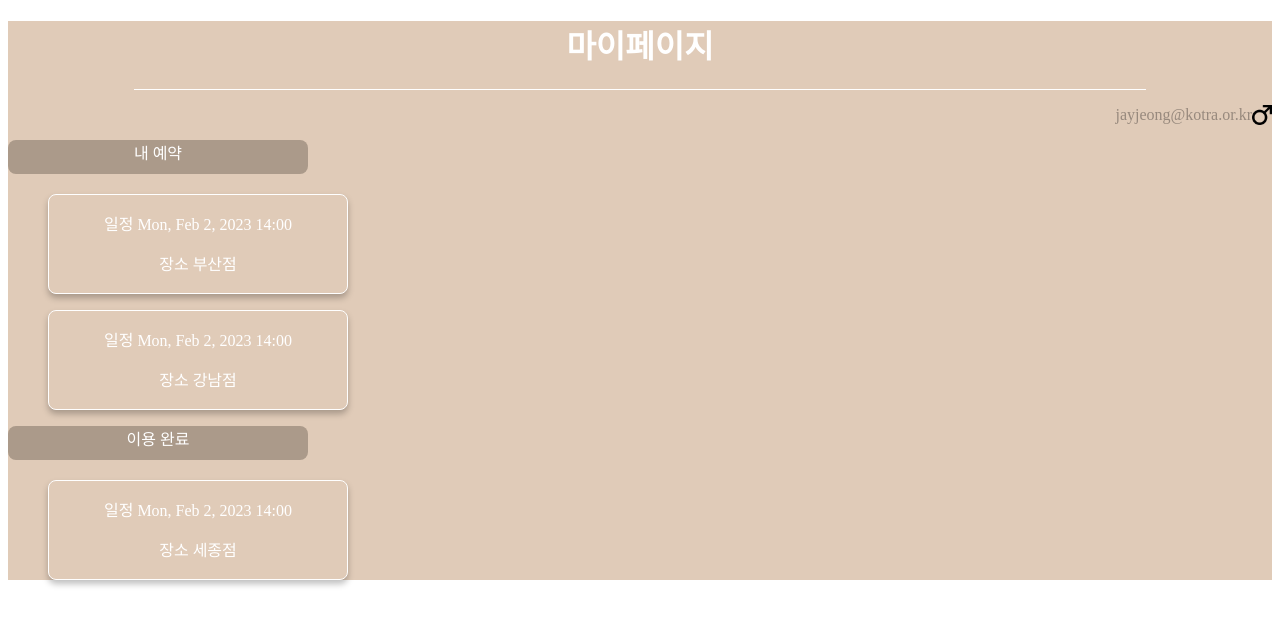
Repository: Jay-Jeong1988/speed_dating_pwa
Page: /booked_events
The author's editor kept a copy of each file at every save. The page is drawn from the files as they stood at one save, then again after the next save.
The browser window is 1280 px wide. The pictures show the whole page.
The project was rebuilt for these pictures with package versions that can differ from the ones it lists, and the page was loaded fresh each time. Also part of the build but not shown: vue.config.js, src/views/LoginPage.vue, src/views/DashBoard.vue.

Above is the page before, as saved 2023-02-11 11:30:52.

### src/App.vue
<template>
  <router-view/>
</template>

<style>
#app {
  font-family: Avenir, Helvetica, Arial, sans-serif;
  -webkit-font-smoothing: antialiased;
  -moz-osx-font-smoothing: grayscale;
  text-align: center;
  color: #ffffff;
  background-color: #E0CBB8;
  font-family: Battambang;
}

nav {
  padding: 30px;
}

nav a {
  font-weight: bold;
  color: #2c3e50;
}

nav a.router-link-exact-active {
  color: #42b983;
}

ul {
  list-style-type: none;
}
</style>

### src/router/index.js
import { createRouter, createWebHistory } from 'vue-router'
import LoginPage from '../views/LoginPage.vue'
import DashBoard from '../views/DashBoard.vue'
import BookedEventsPage from '../views/BookedEventsPage.vue'

const routes = [
  {
    path: '/',
    name: 'loginPage',
    component: LoginPage
  },
  {
    path: '/dashboard',
    name: 'dashBoard',
    component: DashBoard
  },
  {
    path: '/booked_events',
    name: 'Booked_events_page',
    component: BookedEventsPage
  }
]

const router = createRouter({
  history: createWebHistory(process.env.BASE_URL),
  routes
})

export default router

### src/views/BookedEventsPage.vue
<template>
    <div class="BookedEventsPage">
      <Header></Header>
      <div class="menuContainer" v-if="booked_events.length">
        <div class="reservation-type">내 예약</div>
        <ul class="menus" v-for="event in booked_events" :key="event.id">
            <li >
              <div class="reservation">
                <div class="reservation-card">
                  <p>일정 {{ event.date }} {{  event.time }}</p>
                  <p>장소 {{ event.branch }}</p>
                </div>
              </div>
            </li>
        </ul>
        <div class="reservation-type">이용 완료</div>
        <ul class="menus" v-for="event in finished_events" :key="event.id">
            <li >
              <div class="reservation">
                <div class="reservation-card">
                  <p>일정 {{ event.date }} {{  event.time }}</p>
                  <p>장소 {{ event.branch }}</p>
                </div>
              </div>
            </li>
        </ul>
      </div>
      <NoReservationCard v-else></NoReservationCard>
    </div>
  </template>
  <script>
  import NoReservationCard from '../components/no_reservation_card.vue'
  import Header from '../components/header.vue'
  import events from '../assets/test_data/events.json'
  export default {
    name: 'Booked_events_page',
    props: {

    },
    data() {
      return {
        booked_events: [],
        finished_events: []
      }
    },
    methods: {
    },
    components: { Header, NoReservationCard },
    mounted() {
      events.forEach((item)=>{
        if(item.isOver){
          this.finished_events.push(item)
        }else {
          this.booked_events.push(item)
        }
      })
    }
  }

  </script>

  <!-- Add "scoped" attribute to limit CSS to this component only -->
  <style scoped lang="scss">
    .reservation-type {
      width: 300px;
      height: 34px;
      background: #AB9A8A;
      border-radius: 8px;
      margin-bottom: 20px;
    }
    .reservation-card {
      box-sizing: border-box;
      width: 300px;
      height: 100px;
      background: #E0CBB8;
      border: 1px solid #FFFFFF;
      box-shadow: 0px 4px 6px rgba(0, 0, 0, 0.25);
      border-radius: 8px;
    }
  </style>

### src/components/header.vue
<template>
     <div class="page-header">
        <h1 class="title">마이페이지</h1>
      </div>
      <div class="userInfo">
        <p id="emailAddress">jayjeong@kotra.or.kr</p>
        <img id="gender-icon" src="../assets/images/gender-male.png"/>
      </div>
</template>
<script>
    export default {
        name: 'Header_component',
        data() {
            return {}
        }
    }
</script>
<style scoped lang="scss">
    .page-header {
        width: 80%;
        margin: auto;
        border-bottom: 1px solid #fff;
    }
    .userInfo {
        display: flex;
        justify-content: flex-end;
        align-items: center;
        color: #97897D;
        #gender-icon {
            width: 20px;
            height: 20px;
        }
    }
</style>

### src/components/no_reservation_card.vue
<template>
    <div class="no-appointment-card">
      <img id="no-reservation-icon" src="../assets/images/no_appointment.svg"/>
      <p>아직 예약된 데이트가 없습니다</p>
    </div>
</template>
<script>
export default {
  name: 'no_appointment_card',
  props: {

  },
  data() {
    return {
    }
  },
  methods: {
  }
}
</script>

<!-- Add "scoped" attribute to limit CSS to this component only -->
<style scoped lang="scss">
.no-appointment-card {
    box-sizing: border-box;
    width: 236px;
    height: 170px;
    background: #AB9A8A;
    border: 0.845px solid #F2F2F2;
    box-shadow: 0px 4px 6px rgba(0, 0, 0, 0.25);
    border-radius: 8px;
    display: flex;
    flex-direction: column;
    justify-content: center;
    align-items: center;
    position: relative;
    margin: auto;
    top: 100px;
    #no-reservation-icon {
        width: 25px;
        height: 25px;
    }
}
</style>

### src/assets/test_data/events.json
[
    {
        "id": 0,
        "date": "Mon, Feb 2, 2023",
        "time": "14:00",
        "branch": "세종점",
        "party_size": 20,
        "price": 100000,
        "attendees": [],
        "isOver": true
    },
    {
        "id": 0,
        "date": "Mon, Feb 2, 2023",
        "time": "14:00",
        "branch": "부산점",
        "party_size": 20,
        "price": 100000,
        "attendees": [],
        "isOver": false
    },
    {
        "id": 0,
        "date": "Mon, Feb 2, 2023",
        "time": "14:00",
        "branch": "강남점",
        "party_size": 20,
        "price": 100000,
        "attendees": [],
        "isOver": false
    }
]

Loaded but not shown: public/index.html (common file); src/main.js (common file); src/registerServiceWorker.js (common file)

After the next save:
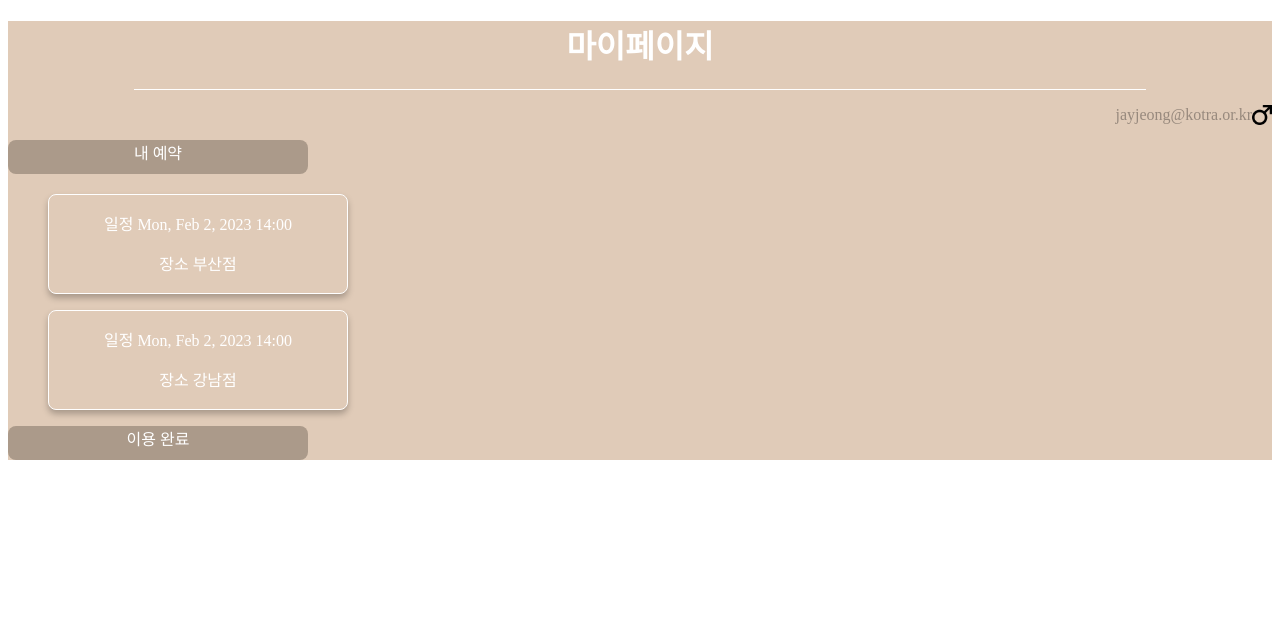
Saved 10 s later.
--- a/src/views/BookedEventsPage.vue
+++ b/src/views/BookedEventsPage.vue
@@ -14,7 +14,7 @@
             </li>
         </ul>
         <div class="reservation-type">이용 완료</div>
-        <ul class="menus" v-for="event in finished_events" :key="event.id">
+        <ul class="menus" v-for="event in completed_events" :key="event.id">
             <li >
               <div class="reservation">
                 <div class="reservation-card">
